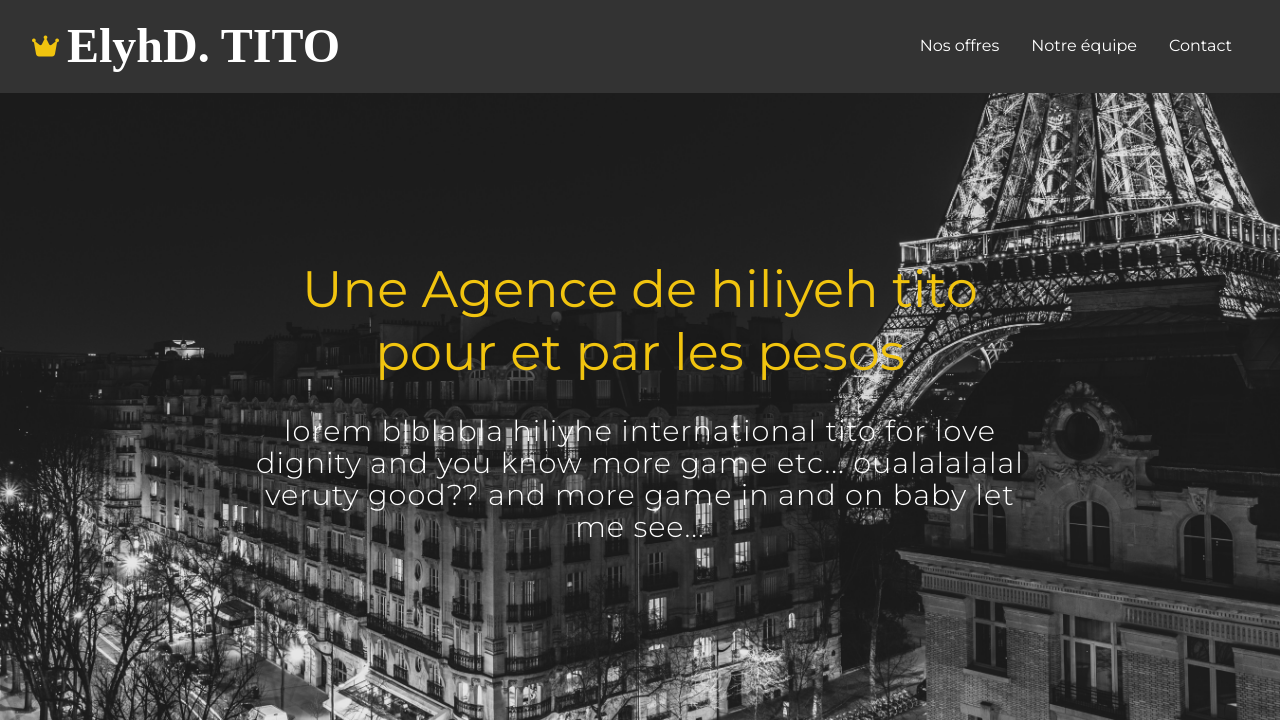
Repository: Hiliyeh/immo
Page: index.html
An editor plug-in stored every save of this project. The page is shown before and after the next save, followed by the edit.
The browser window is 1280 px wide. The pictures show the whole page.
Some web fonts or font styles are not loaded; a fallback is used. Some web libraries are served in a nearby version.

Above is the page before, as saved 2020-05-05 13:43:42.

After the next save:
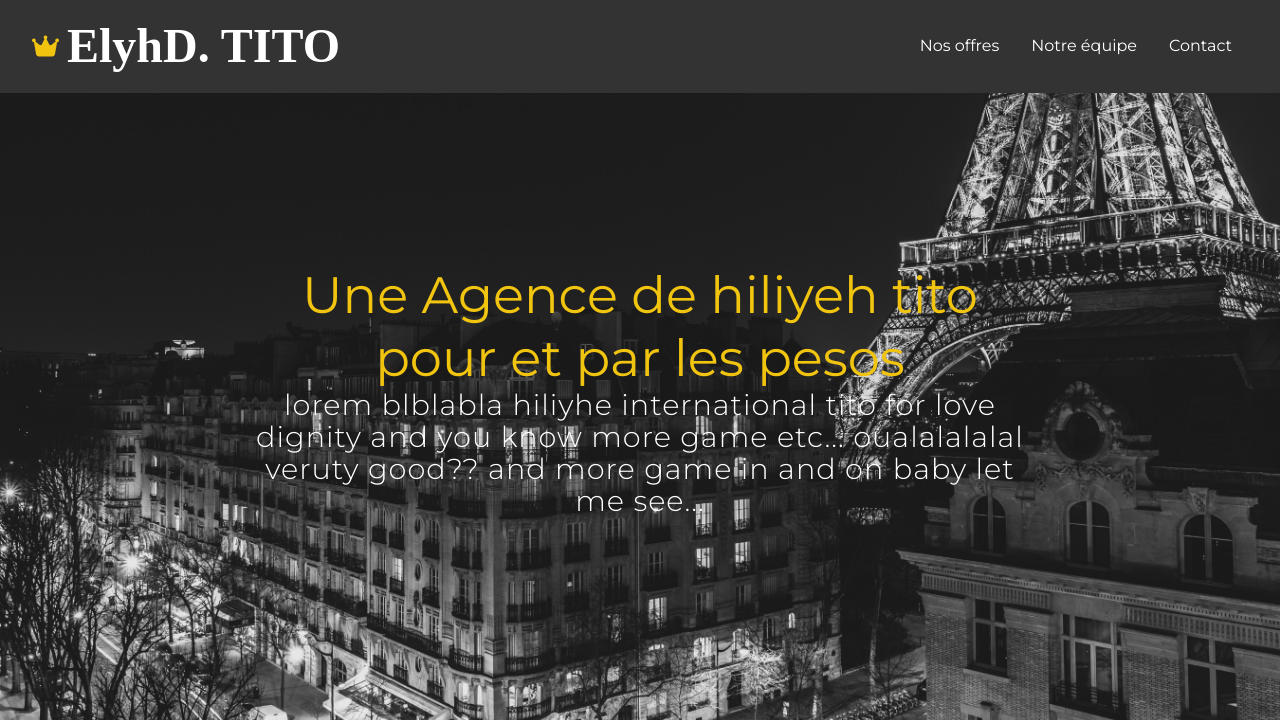
Saved 3 min 9 s later.
--- a/index.html
+++ b/index.html
@@ -38,12 +38,12 @@
         <div class="vp-content">
           <h1>
             <strong>Une Agence de hiliyeh tito pour et par les pesos</strong>
+            <p>
+              lorem blblabla hiliyhe international tito for love dignity and you
+              know more game etc... oualalalalal veruty good?? and more game in
+              and on baby let me see...
+            </p>
           </h1>
-          <p>
-            lorem blblabla hiliyhe international tito for love dignity and you
-            know more game etc... oualalalalal veruty good?? and more game in
-            and on baby let me see...
-          </p>
         </div>
       </section>
     </div>

After the save that followed:
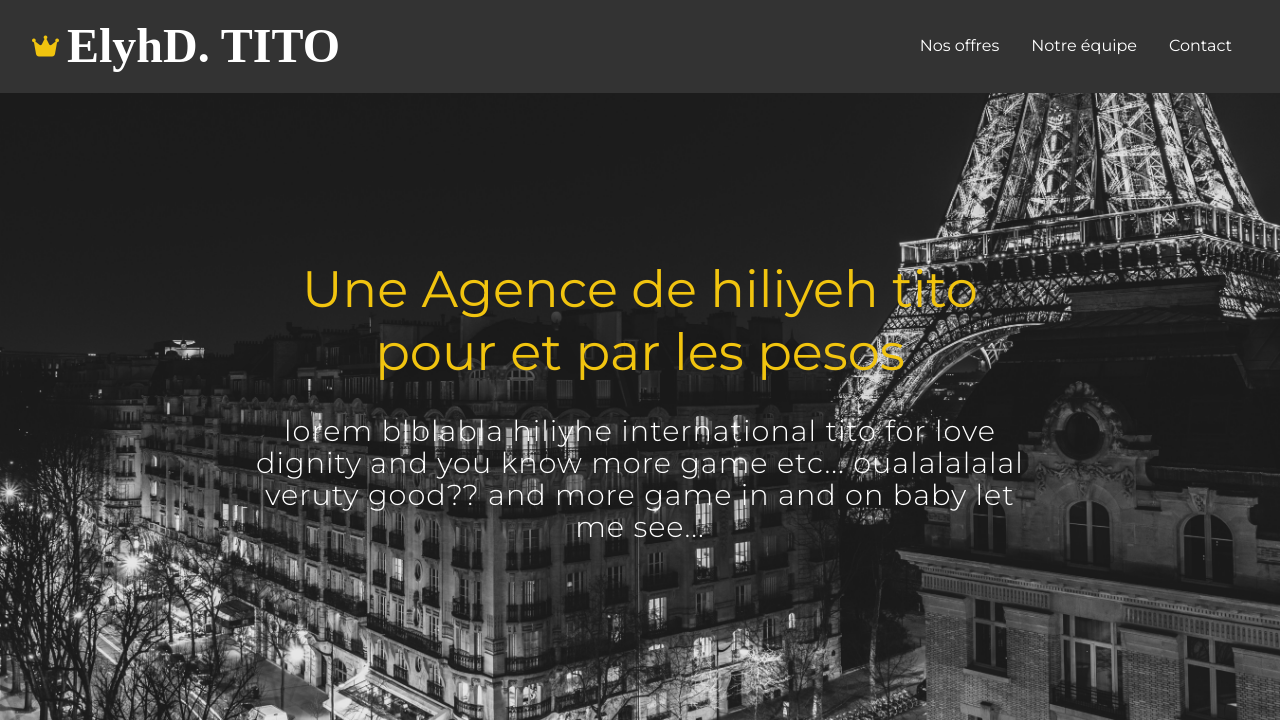
Saved 42 s later.
--- a/index.html
+++ b/index.html
@@ -38,12 +38,12 @@
         <div class="vp-content">
           <h1>
             <strong>Une Agence de hiliyeh tito pour et par les pesos</strong>
-            <p>
-              lorem blblabla hiliyhe international tito for love dignity and you
-              know more game etc... oualalalalal veruty good?? and more game in
-              and on baby let me see...
-            </p>
           </h1>
+          <p>
+            lorem blblabla hiliyhe international tito for love dignity and you
+            know more game etc... oualalalalal veruty good?? and more game in
+            and on baby let me see...
+          </p>
         </div>
       </section>
     </div>
